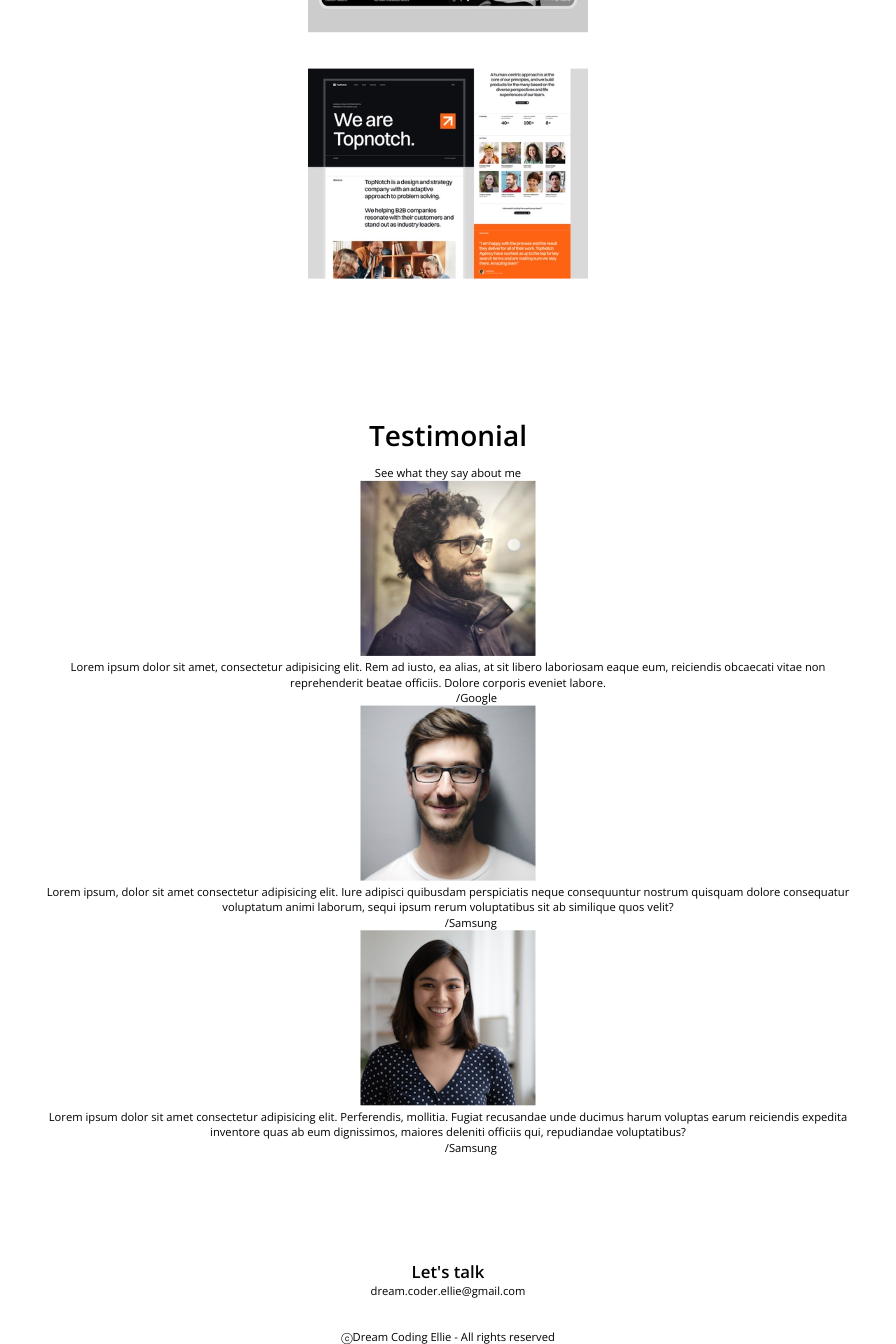
Repository: eggmoon/eggmoon_new
Page: index.html
The author's editor kept a copy of each file at every save. The page is drawn from the files as they stood at one save, then again after the next save.
The browser window is 1280 px wide. The pictures show the part of the page from y = 4580 to 6500 px (the page is 6565 px tall before and 6584 px after), at 70% of full size.
Some web libraries are served in a nearby version.

Above is the page before, as saved 2025-02-26 11:24:03.

After the next save:
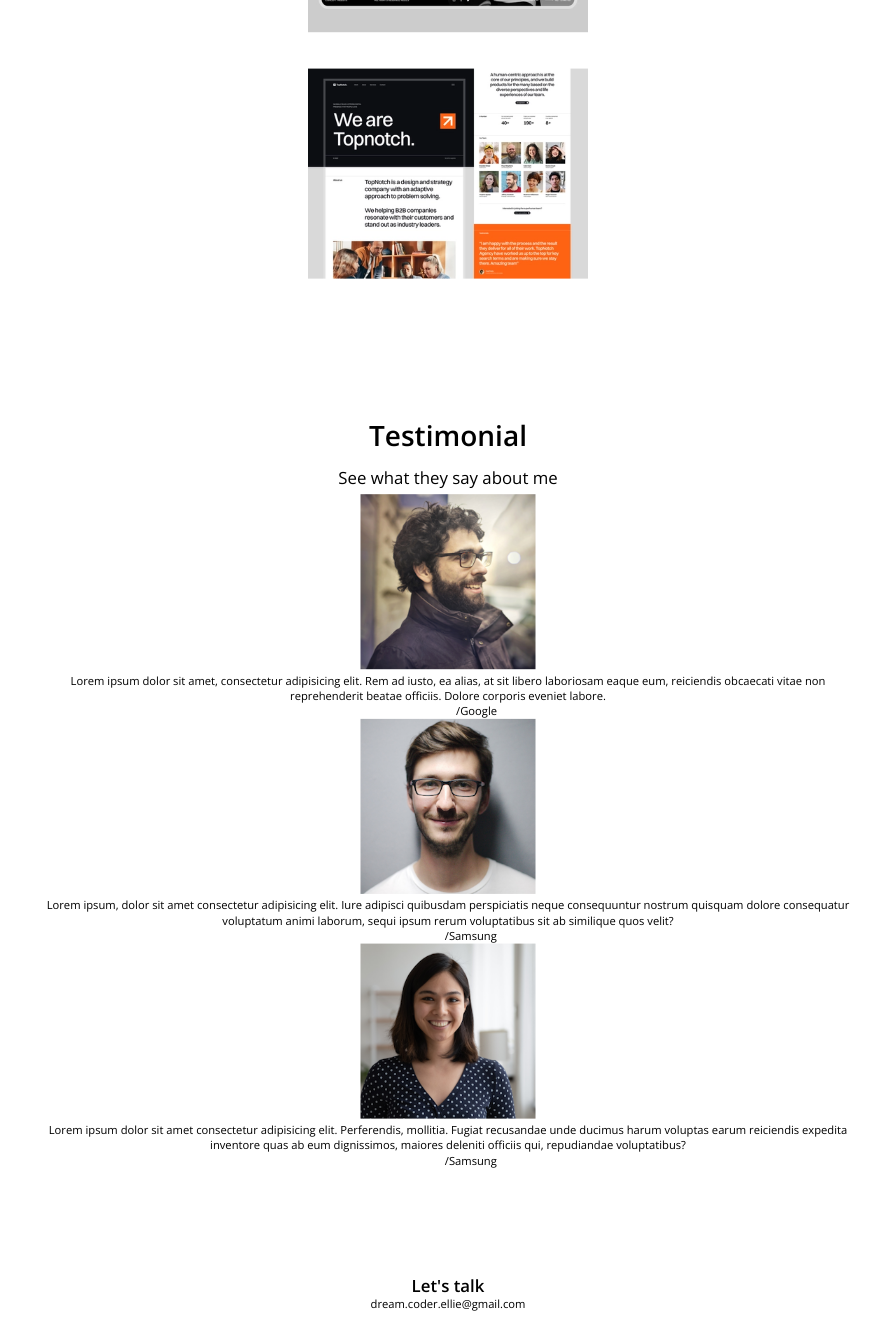
Saved 5 s later.
--- a/index.html
+++ b/index.html
@@ -258,7 +258,7 @@
       <!-- Testimonials -->
       <section id="testimonial" class="section">
         <h2 class="title">Testimonial</h2>
-        <pclass="description">See what they say about me</pclass=>
+        <p class="description">See what they say about me</p>
         <ul>
           <li>
             <img src="images/testimonials/people1.webp" alt="people1" />
